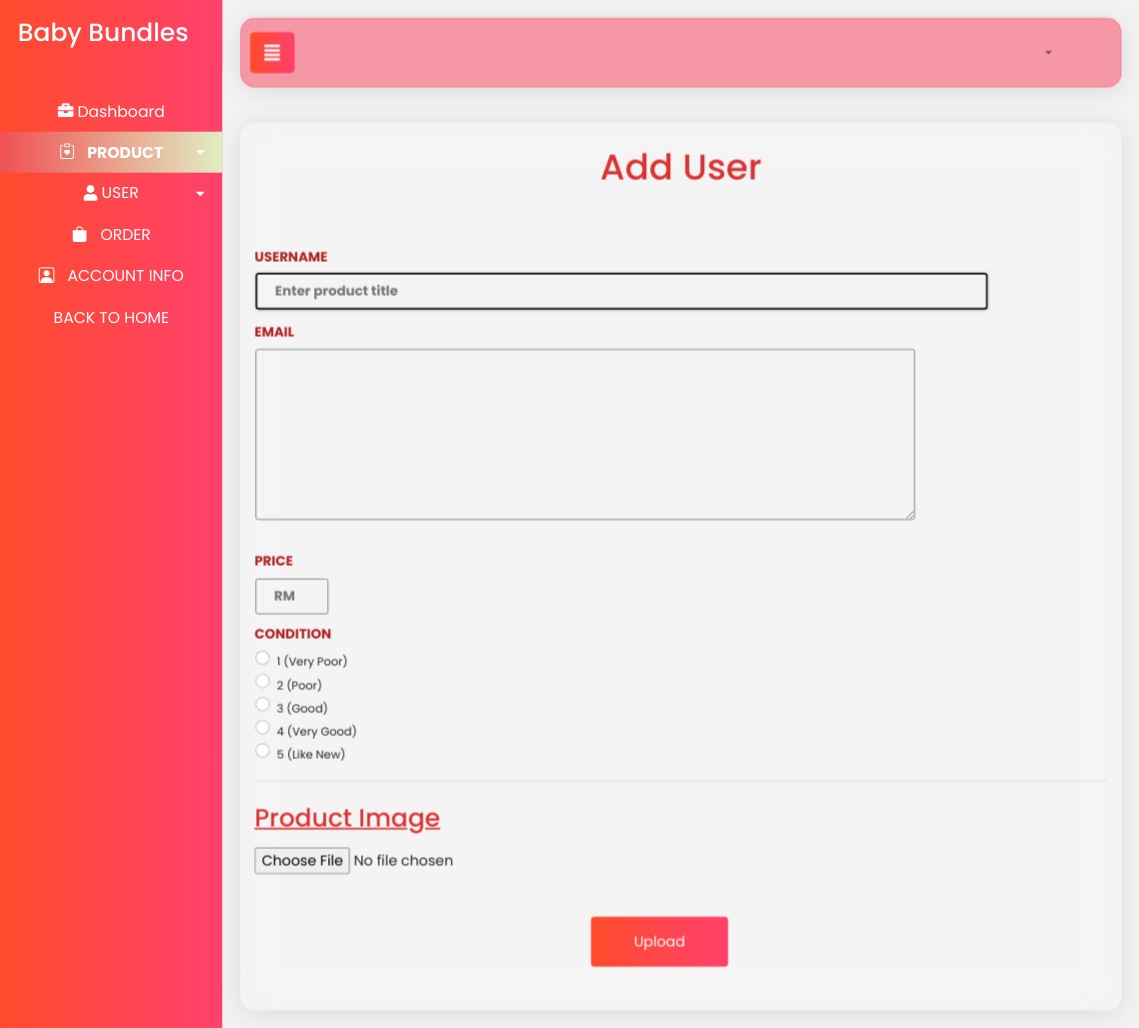
Repository: jiahow99/Baby-Bundles-University
Page: http://localhost/admin-adduser.php
An editor plug-in stored every save of this project. The page is shown before and after the next save, followed by the edit.
The browser window is 1280 px wide. The pictures show the whole page, at 89% of full size.
Some web libraries are served in a nearby version. The page is run by PHP 8.4 with error messages shown; the project is at /var/www/html/.

Above is the page before, as saved 2022-11-25 00:28:38.

### admin-adduser.php
<!DOCTYPE html>
<html>

<head>
    <meta charset="utf-8">
    <meta name="viewport" content="width=device-width, initial-scale=1.0">
    <meta http-equiv="X-UA-Compatible" content="IE=edge">

    <title>Admin-Product</title>

    <!-- Bootstrap CSS CDN -->
    <link rel="stylesheet" href="https://stackpath.bootstrapcdn.com/bootstrap/4.1.0/css/bootstrap.min.css" integrity="sha384-9gVQ4dYFwwWSjIDZnLEWnxCjeSWFphJiwGPXr1jddIhOegiu1FwO5qRGvFXOdJZ4" crossorigin="anonymous">
    <!-- Our Custom CSS -->
    <link rel="stylesheet" href="css/admin.style.css">

    <!-- Font Awesome JS -->
    <script defer src="https://use.fontawesome.com/releases/v5.0.13/js/solid.js" integrity="sha384-tzzSw1/Vo+0N5UhStP3bvwWPq+uvzCMfrN1fEFe+xBmv1C/AtVX5K0uZtmcHitFZ" crossorigin="anonymous"></script>
    <script defer src="https://use.fontawesome.com/releases/v5.0.13/js/fontawesome.js" integrity="sha384-6OIrr52G08NpOFSZdxxz1xdNSndlD4vdcf/q2myIUVO0VsqaGHJsB0RaBE01VTOY" crossorigin="anonymous"></script>
    <!-- Bootstrap Icon -->
    <link rel="stylesheet" href="https://cdn.jsdelivr.net/npm/bootstrap-icons@1.3.0/font/bootstrap-icons.css">
    <!-- JQuery -->
    <script src="https://code.jquery.com/jquery-3.5.1.min.js"></script>
    <!-- Bootstrap Icon -->
    <link rel="stylesheet" href="https://cdn.jsdelivr.net/npm/bootstrap-icons@1.9.1/font/bootstrap-icons.css" integrity="sha384-xeJqLiuOvjUBq3iGOjvSQSIlwrpqjSHXpduPd6rQpuiM3f5/ijby8pCsnbu5S81n" crossorigin="anonymous">
    <!-- JavaScript Bundle with Popper -->
    <script src="https://cdn.jsdelivr.net/npm/bootstrap@5.2.3/dist/js/bootstrap.bundle.min.js" integrity="sha384-kenU1KFdBIe4zVF0s0G1M5b4hcpxyD9F7jL+jjXkk+Q2h455rYXK/7HAuoJl+0I4" crossorigin="anonymous"></script>
    <link href="http://cdnjs.cloudflare.com/ajax/libs/font-awesome/4.3.0/css/font-awesome.css" rel="stylesheet"  type='text/css'>


</head>

<body>

    <div class="wrapper">
        <!-- Sidebar  -->
        <?php require 'admin-sidebar.php' ?>

        <!-- Page Content  -->
        <div id="content" style="background-color:#F2F2F2">
            <?php require 'admin-topnavbar.php' ?>

            <form class="container glass" id="edit-product">
                <div class="row justify-content-center mt-4 mb-3">
                   <h1 style="color:#da3333">Add User</h1>
                </div>
                <div class="row mt-5">
                    <label for="" class="name text-uppercase col-12">Username</label>
                    <input class="input--style-6 col-10 ml-3" type="text" name="title" placeholder="Enter product title" required autofocus>
                </div>

                <div class="row mb-4">
                    <label for="" class="name text-uppercase col-12">Email</label>
                    <textarea name="description" class="textarea--style-6 ml-3 col-9" id="" rows="5"></textarea>
                </div>

                <div class="row">
                    <label for="" class="name text-uppercase col-12">Price</label>
                    <input class="input--style-6 col-1 ml-3" type="text" name="title" placeholder="RM" required>
                </div>

                <div class="row">
                            <!-- Product Condition -->
                            <label for="" class="name text-uppercase col-12">Condition</label>
                                <div class="value ml-3">
                                    <div class="form-check form-check-inline">
                                        <input class="form-check-input" type="radio" name="condition" id="inlineRadio1" value="1">
                                        <label class="form-check-label small" for="inlineRadio1">1 (Very Poor)</label>
                                    </div>
                                    <div class="form-check form-check-inline">
                                        <input class="form-check-input" type="radio" name="condition" id="inlineRadio2" value="2">
                                        <label class="form-check-label small" for="inlineRadio2">2 (Poor)</label>
                                    </div>
                                    <div class="form-check form-check-inline">
                                        <input class="form-check-input" type="radio" name="condition" id="inlineRadio3" value="3">
                                        <label class="form-check-label small" for="inlineRadio3">3 (Good)</label>
                                    </div>
                                    <div class="form-check form-check-inline">
                                        <input class="form-check-input" type="radio" name="condition" id="inlineRadio4" value="4">
                                        <label class="form-check-label small" for="inlineRadio4">4 (Very Good)</label>
                                    </div>
                                    <div class="form-check form-check-inline">
                                        <input class="form-check-input" type="radio" name="condition" id="inlineRadio5" value="5">
                                        <label class="form-check-label small" for="inlineRadio5">5 (Like New)</label>
                                    </div>
                            </div>
                        </div>


                <hr>

                <h3 style="color:#da3333;text-decoration: underline;" class="mb-3 mt-4">Product Image</h3>
                <input type="file" name="image" id="">

                <div class="row justify-content-center my-5 ">
                    <button class="btn btn-primary px-5 py-3 mr-5" type="submit">Upload</button>
                </div>

            </form>
    </div>

    <!-- Popper.JS -->
    <script src="https://cdnjs.cloudflare.com/ajax/libs/popper.js/1.14.0/umd/popper.min.js" integrity="sha384-cs/chFZiN24E4KMATLdqdvsezGxaGsi4hLGOzlXwp5UZB1LY//20VyM2taTB4QvJ" crossorigin="anonymous"></script>
    <!-- Bootstrap JS -->
    <script src="https://stackpath.bootstrapcdn.com/bootstrap/4.1.0/js/bootstrap.min.js" integrity="sha384-uefMccjFJAIv6A+rW+L4AHf99KvxDjWSu1z9VI8SKNVmz4sk7buKt/6v9KI65qnm" crossorigin="anonymous"></script>

    <script type="text/javascript">
        $(document).ready(function () {
            $('#sidebarCollapse').on('click', function () {
                $('#sidebar').toggleClass('active');
                $('#dashboardlabel').toggleClass('d-none');
                $('#userlabel').toggleClass('d-none');
                $('#productlabel').toggleClass('d-none');
                $('#orderlabel').toggleClass('d-none');
                $('#accountlabel').toggleClass('d-none');
                $('#logoutlabel').toggleClass('d-none');
            });
        });
    </script>
</body>

</html>

### admin-sidebar.php
<!-- Sidebar  -->
<nav id="sidebar">
    <div class="sidebar-header">
        <h3>Baby Bundles</h3>
        <strong>BS</strong>
    </div>

    <ul class="list-unstyled components">
        <!-- Dashboard -->
        <li id="sidebar-dashboard">
            <a href="admin-dashboard.php">
                <i class="fas fa-briefcase"></i>
                <span id="dashboardlabel">Dashboard</span>
            </a>
        </li>
        <!-- Product -->
        <li id="sidebar-product">
            <a href="#homeSubmenu" data-toggle="collapse" aria-expanded="false" class="dropdown-toggle">
                <i class="bi bi-clipboard-heart"></i>
                <span id="productlabel">PRODUCT</span>
            </a>
            <ul class="collapse list-unstyled" id="homeSubmenu">
                <li>
                    <a href="admin-addproduct.php">ADD PRODUCT</a>
                </li>
                <li>
                    <a href="admin-viewproduct.php">DELETE PRODUCT</a>
                </li>
                <li>
                    <a href="admin-viewproduct.php">VIEW ALL</a>
                </li>
            </ul>
        </li>
        <!-- User -->
        <li id="sidebar-user">
            <a href="#pageSubmenu" data-toggle="collapse" aria-expanded="false" class="dropdown-toggle">
            <i class="fas fa-solid fa-user"></i>
                <span id="userlabel">USER</span>
            </a>
            <ul class="collapse list-unstyled" id="pageSubmenu">
                <li>
                    <a href="admin-viewuser.php">DELETE USER</a>
                </li>
                <li>
                    <a href="admin-viewuser.php">VIEW USERS</a>
                </li>
            </ul>
        </li>
        <!-- Order -->
        <li id="sidebar-order">
            <a href="admin-vieworder.php">
            <i class="bi bi-bag-fill"></i>
                <span id="orderlabel">ORDER</span>
            </a>
        </li>
        <!-- Account Info -->
        <li>
            <a href="account-info.php">
                <i class="bi bi-person-square"></i>
                <span id="accountlabel">ACCOUNT INFO</span>
            </a>
        </li>
        <!-- Back to home -->
        <li>
            <a href="index.php">
                <span id="logoutlabel">BACK TO HOME</span>
            </a>
        </li>
    </ul>
</nav>

<script>

  // Add 'active' class to navigation
  function activeNav(id){
    var nav = document.getElementById(id);
    nav.classList.add('active');
  }

  var title = document.title;

  switch(title){
    case 'Admin-Product':
      activeNav('sidebar-product');
      break;
    case 'Admin-User':
      activeNav('sidebar-user');
      break;
    case 'Admin-Order':
      activeNav('sidebar-order');
      break;
    case 'Admin-Dashboard':
      activeNav('sidebar-dashboard');
      break;
  }
</script>

### admin-topnavbar.php
<nav class="navbar navbar-expand-lg navbar-light bg-admin">
    <div class="container-fluid pl-0">

        <button type="button" id="sidebarCollapse" class="btn-lg btn-primary">
            <i class="fas fa-align-justify"></i>
            <!-- <span>Toggle Sidebar</span> -->
        </button>
        <button class="btn btn-dark d-inline-block d-lg-none ml-auto" type="button" data-toggle="collapse" data-target="#navbarSupportedContent" aria-controls="navbarSupportedContent" aria-expanded="false" aria-label="Toggle navigation">
            <i class="fas fa-align-justify"></i>
        </button>

        <div class="collapse navbar-collapse" id="navbarSupportedContent">
            <ul class="nav navbar-nav ml-auto">
                <li class="nav-item dropdown mx-lg-3 col-2 col-lg-1" >
                    <a href="#" class="nav-link dropdown-toggle user-account text-black" id="userDropdownMenuLink" data-bs-toggle="dropdown" aria-haspopup="true" aria-expanded="false">
                    <?php
                    // Username
                    if(isset($_COOKIE['username'])){
                        echo $_COOKIE['username'];
                    }
                    ?>
                    </a>
                    <div class="dropdown-menu text-sm " aria-labelledby="userDropdownMenuLink">
                        <a href="account-info.php" class="dropdown-item">Account</a>
                        <a href="index.php" class="dropdown-item">Back to home</a>
                        <a href="logout.php" class="dropdown-item">Logout</a>
                    </div>
                </li>
            </ul>
        </div>
    </div>
</nav>

### css/admin.style.css
/*
    DEMO STYLE
*/

@import "https://fonts.googleapis.com/css?family=Poppins:300,400,500,600,700";

body {
    font-family: 'Poppins', sans-serif;
    background: #fafafa;
}

p {
    font-family: 'Poppins', sans-serif;
    font-size: 1.1em;
    font-weight: 300;
    line-height: 1.7em;
    color: #999;
}

a,
a:hover,
a:focus {
    color: inherit;
    text-decoration: none;
    transition: all 0.3s;
}

.navbar {
    padding: 15px 10px;
    background: #fff;
    border: none;
    border-radius: 0;
    margin-bottom: 40px;
    box-shadow: 1px 1px 3px rgba(0, 0, 0, 0.1);
}

.navbar-btn {
    box-shadow: none;
    outline: none !important;
    border: none;
}

.line {
    width: 100%;
    height: 1px;
    border-bottom: 1px dashed #ddd;
    margin: 40px 0;
}

i,
span {
    display: inline-block;
}

/* ---------------------------------------------------
    SIDEBAR STYLE
----------------------------------------------------- */

.wrapper {
    display: flex;
    align-items: stretch;
}

#sidebar {
    min-width: 250px;
    max-width: 250px;
    background: #FF416C;  /* fallback for old browsers */
    background: -webkit-linear-gradient(to right, #FF4B2B, #FF416C);  /* Chrome 10-25, Safari 5.1-6 */
    background: linear-gradient(to right, #FF4B2B, #FF416C); /* W3C, IE 10+/ Edge, Firefox 16+, Chrome 26+, Opera 12+, Safari 7+ */
    color: #fff;
    transition: all 0.3s;
}

#sidebar.active {
    min-width: 80px;
    max-width: 80px;
    text-align: center;
}

#sidebar.active .sidebar-header h3,
#sidebar.active .CTAs {
    display: none;
}

#sidebar.active .sidebar-header strong {
    display: block;
}

#sidebar ul li a {
    text-align: left;
}

#sidebar.active ul li a {
    padding: 20px 10px;
    text-align: center;
    font-size: 0.85em;
}

#sidebar.active ul li a i {
    margin-right: 0;
    display: block;
    font-size: 1.8em;
    margin-bottom: 5px;
}

#sidebar.active ul ul a {
    padding: 10px !important;
}

#sidebar.active .dropdown-toggle::after {
    top: auto;
    bottom: 10px;
    right: 50%;
    -webkit-transform: translateX(50%);
    -ms-transform: translateX(50%);
    transform: translateX(50%);
}

#sidebar .sidebar-header {
    padding: 20px;
    background: #FF416C;  /* fallback for old browsers */
    background: -webkit-linear-gradient(to right, #FF4B2B, #FF416C);  /* Chrome 10-25, Safari 5.1-6 */
    background: linear-gradient(to right, #FF4B2B, #FF416C); /* W3C, IE 10+/ Edge, Firefox 16+, Chrome 26+, Opera 12+, Safari 7+ */
}

#sidebar .sidebar-header strong {
    display: none;
    font-size: 1.8em;
}

#sidebar ul.components {
    padding: 20px 0;
}

#sidebar ul li a {
    padding: 10px;
    font-size: 1.1em;
    display: block;
    text-align: center;
}

#sidebar ul li a:hover {
    color: #dc1522;
    background: #fff;
    font-weight: bolder;
}

#sidebar ul li a i {
    margin-right: 10px;
}

#sidebar ul li.active>a,
a[aria-expanded="true"] {
    color: #fff;
    background: #e1eec3;  /* fallback for old browsers */
    background: -webkit-linear-gradient(to right, #f05053, #e1eec3);  /* Chrome 10-25, Safari 5.1-6 */
    background: linear-gradient(to right, #f05053, #e1eec3); /* W3C, IE 10+/ Edge, Firefox 16+, Chrome 26+, Opera 12+, Safari 7+ */
    font-weight: bolder;
}

a[data-toggle="collapse"] {
    position: relative;
}

.dropdown-toggle::after {
    display: block;
    position: absolute;
    top: 50%;
    right: 20px;
    transform: translateY(-50%);
}

ul ul a {
    font-size: 0.9em !important;
    padding-left: 30px !important;
    background: #6d7fcc;
}

ul.CTAs {
    padding: 20px;
}

ul.CTAs a {
    text-align: center;
    font-size: 0.9em !important;
    display: block;
    border-radius: 5px;
    margin-bottom: 5px;
}

a.download {
    background: #fff;
    color: #7386D5;
}

a.article,
a.article:hover {
    background: #6d7fcc !important;
    color: #fff !important;
}

/* ---------------------------------------------------
    CONTENT STYLE
----------------------------------------------------- */

#content {
    width: 100%;
    padding: 20px;
    min-height: 100vh;
    transition: all 0.3s;
}

/* ---------------------------------------------------
    MEDIAQUERIES
----------------------------------------------------- */

@media (max-width: 768px) {
    #sidebar {
        min-width: 80px;
        max-width: 80px;
        text-align: center;
        margin-left: -80px !important;
    }
    .dropdown-toggle::after {
        top: auto;
        bottom: 10px;
        right: 50%;
        -webkit-transform: translateX(50%);
        -ms-transform: translateX(50%);
        transform: translateX(50%);
    }
    #sidebar.active {
        margin-left: 0 !important;
    }
    #sidebar .sidebar-header h3,
    #sidebar .CTAs {
        display: none;
    }
    #sidebar .sidebar-header strong {
        display: block;
    }
    #sidebar ul li a {
        padding: 20px 10px;
    }
    #sidebar ul li a span {
        font-size: 0.85em;
    }
    #sidebar ul li a i {
        margin-right: 0;
        display: block;
    }
    #sidebar ul ul a {
        padding: 10px !important;
    }
    #sidebar ul li a i {
        font-size: 1.3em;
    }
    #sidebar {
        margin-left: 0;
    }
    #sidebarCollapse span {
        display: none;
    }
}

#homeSubmenu li a,#pageSubmenu li a{
    background: #ED213A;  /* fallback for old browsers */
    background: -webkit-linear-gradient(to right, #93291E, #ED213A);  /* Chrome 10-25, Safari 5.1-6 */
    background: linear-gradient(to right, #93291E, #ED213A); /* W3C, IE 10+/ Edge, Firefox 16+, Chrome 26+, Opera 12+, Safari 7+ */



}

.btn-primary{
    background: #FF416C;  /* fallback for old browsers */
    background: -webkit-linear-gradient(to right, #FF4B2B, #FF416C);  /* Chrome 10-25, Safari 5.1-6 */
    background: linear-gradient(to right, #FF4B2B, #FF416C); /* W3C, IE 10+/ Edge, Firefox 16+, Chrome 26+, Opera 12+, Safari 7+ */
    border: 0;
    cursor: pointer;
}

.glass{
/* From https://css.glass */
background: rgba(255, 255, 255, 0.18);
border-radius: 16px;
box-shadow: 0 4px 30px rgba(0, 0, 0, 0.1);
backdrop-filter: blur(20px);
-webkit-backdrop-filter: blur(20px);
border: 1px solid rgba(255, 255, 255, 0.13);
}

.input--style-6, .textarea--style-6 {
    background: transparent;
    line-height: 38px;
    border: 1px solid #7b7676;
    -webkit-border-radius: 3px;
    -moz-border-radius: 3px;
    border-radius: 3px;
    color: #666;
    font-size: 15px;
    font-weight: bold;
    -webkit-transition: all 0.4s ease;
    -o-transition: all 0.4s ease;
    -moz-transition: all 0.4s ease;
    transition: all 0.4s ease;
    padding: 0 20px;
}

.input--style-6:focus,
.textarea--style-6:focus {
  -webkit-box-shadow: 0px 1px 5px 0px rgba(0, 0, 0, 0.15);
  -moz-box-shadow: 0px 1px 5px 0px rgba(0, 0, 0, 0.15);
  box-shadow: 0px 1px 5px 0px rgba(0, 0, 0, 0.15);
  -webkit-transform: translateY(-3px);
  -moz-transform: translateY(-3px);
  -ms-transform: translateY(-3px);
  -o-transform: translateY(-3px);
  transform: translateY(-3px);
  border: 2px solid #7b7676;

}

.name{
    width: 188px;
  color: rgb(175, 33, 33);
  font-size: 15px;
  font-weight: 700;
  margin-top: 11px;
  font-family: "Poppins", sans-serif;
}

.form-check {
    display: block;
    min-height: 1.5rem;
    padding-left: 1.5em;
    margin-bottom: 0.125rem;
}

.form-check .form-check-input {
float: left;
margin-left: -1.5em;
}

.form-check-input {
width: 1em;
height: 1em;
margin-top: 0.25em;
vertical-align: top;
background-color: #fff;
background-repeat: no-repeat;
background-position: center;
background-size: contain;
border: 1px solid rgba(0, 0, 0, 0.25);
-webkit-appearance: none;
-moz-appearance: none;
appearance: none;
-webkit-print-color-adjust: exact;
color-adjust: exact;
}

.form-check-input[type="checkbox"] {
border-radius: 0.25em;
}

.form-check-input[type="radio"] {
border-radius: 50%;
}

.form-check-input:active {
filter: brightness(90%);
}

.form-check-input:focus {
border-color: #ed9999;
outline: 0;
box-shadow: 0 0 0 0.25rem rgba(218, 51, 51, 0.25);
}

.form-check-input:checked {
background-color: #da3333;
border-color: #da3333;
}

.form-check-input:checked[type="checkbox"] {
background-image: url("data:[embedded picture, 214 characters]");
}

.form-check-input:checked[type="radio"] {
background-image: url("data:[embedded picture, 126 characters]");
}

.form-check-input[type="checkbox"]:indeterminate {
background-color: #da3333;
border-color: #da3333;
background-image: url("data:[embedded picture, 208 characters]");
}

.form-check-input:disabled {
pointer-events: none;
filter: none;
opacity: 0.5;
}

.form-check-input[disabled] ~ .form-check-label, .form-check-input:disabled ~ .form-check-label {
opacity: 0.5;
}

.form-switch {
padding-left: 2.5em;
}

.form-switch .form-check-input {
width: 2em;
margin-left: -2.5em;
background-image: url("data:[embedded picture, 143 characters]");
background-position: left center;
border-radius: 2em;
transition: background-position 0.15s ease-in-out;
}

.user{
    color: black;
    font-weight: bold;
}

.user-row{
    border: 1px solid black;
}

.bg-admin{
/* From https://css.glass */
background: rgba(248, 40, 70, 0.45);
border-radius: 16px;
box-shadow: 0 4px 30px rgba(0, 0, 0, 0.1);
backdrop-filter: blur(6.9px);
-webkit-backdrop-filter: blur(6.9px);
border: 1px solid rgba(248, 40, 70, 0.3);
}

After the next save:
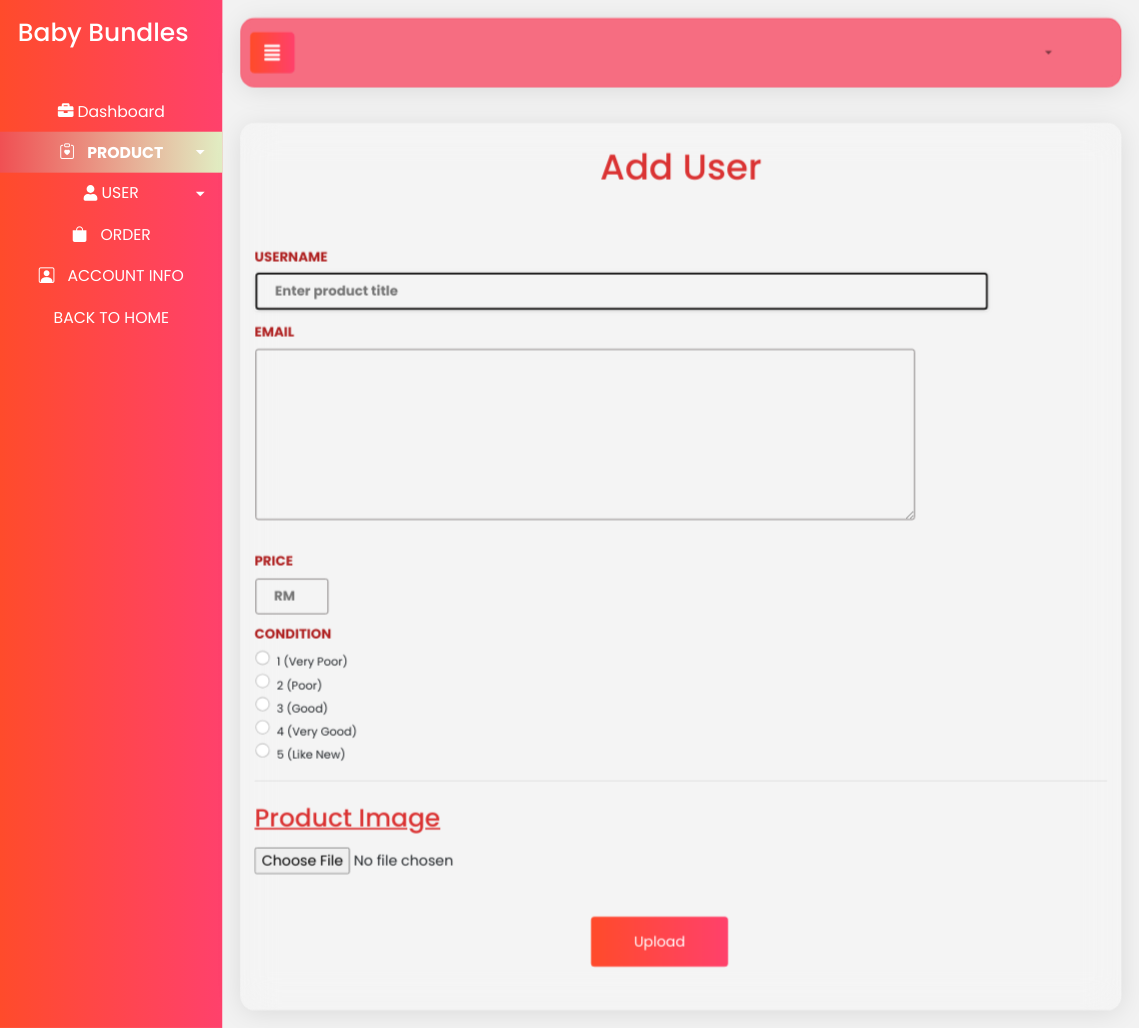
Saved 17 s later.
--- a/css/admin.style.css
+++ b/css/admin.style.css
@@ -430,7 +430,7 @@ transition: background-position 0.15s ease-in-out;
 
 .bg-admin{
 /* From https://css.glass */
-background: rgba(248, 40, 70, 0.45);
+background: rgba(248, 40, 70, 0.66);
 border-radius: 16px;
 box-shadow: 0 4px 30px rgba(0, 0, 0, 0.1);
 backdrop-filter: blur(6.9px);
